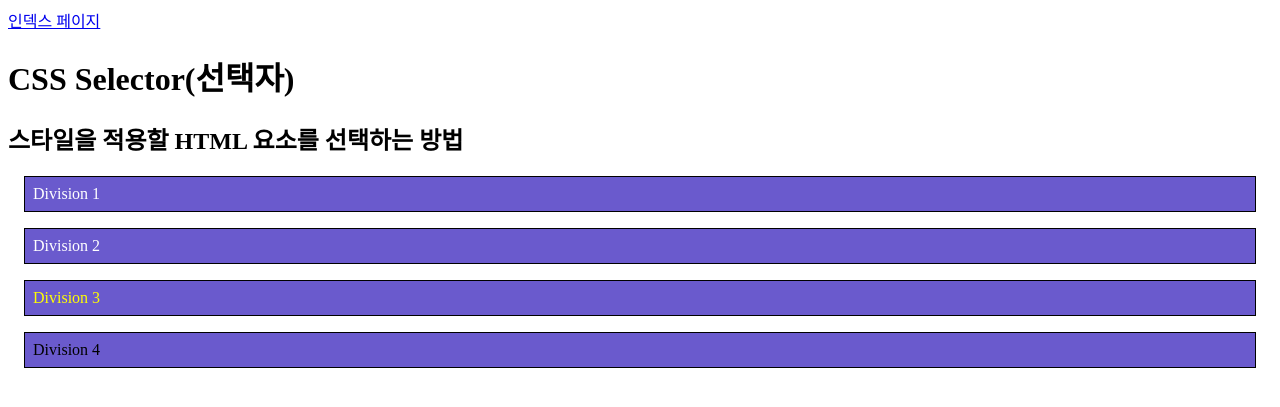
Repository: Sid0130/HTML
Page: lab-web/lab02_css/src/main/webapp/selector1.html
The author's editor kept a copy of each file at every save. The page is drawn from the files as they stood at one save, then again after the next save.
The browser window is 1280 px wide. The pictures show the whole page.

Above is the page before, as saved 2024-12-04 08:18:45.

### lab-web/lab02_css/src/main/webapp/selector1.html
<!DOCTYPE html>
<html>
	<head>
		<meta charset="UTF-8">
		<title>Lab02 CSS</title>

        <style>
            /* 1. tag selector */
            div {
                border: 1px solid black;
                margin: 16px;
                padding: 8px;
                background-color: slateBlue; /* 바탕색 */
                color: black; /* 글자색 */
            }

            /* 2. class seletor */
            .color-white {
                color: white;
            }

            /* 3. id selector */
            #div3 {
                color: yellow; /*lightgray*/
            }

        </style>
	</head>
	<body>
		<nav> <!-- navigation division(페이지 이동 선택 메뉴 영역) -->
            <a href="index.html">인덱스 페이지</a>
        </nav>

        <main>
        <!-- **중요한 부분** -->
        <!--  마진이 겹치는 부분은 더 큰 여백으로 사용한다. -->
            <h1>CSS Selector(선택자)</h1>
            <h2>스타일을 적용할 HTML 요소를 선택하는 방법</h2>

            <div class = "color-white" >Division 1</div>
            <div class = "color-white" >Division 2</div>
            <div id="div3">Division 3</div>
            <div id="div4">Division 4</div>
        </main>
	</body>
</html>

<!--
CSS 문법: selector { property: value; ... }
selector: HTML 요소(element)를 찾는 방법.
1. 태그(tag) 이름: body, div, span, main, section, ...
2. 클래스(class) 속성 값: .class-name
   - HTML 태그 안에서 class 속성(attribute)에 설정한 값(이름).
   - 여러 개의 요소들을 한꺼번에 선택할때 주로 사용.
3. 아이디(id) 속성 값: #id-name
   - HTML 태그 안에서 id 속성에 설정한 값(이름).
   - HTML 파일 안에서 유일한 요소 1개를 선택할 때 주로 사용.
   - 같은 아이디가 여러 개 있는 경우에는, 같은 아이디의 모든 요소들을 선택함. (권장하지 않음)
4. *: 모든 HTML 요소.
5. pseudo selector(가상 선택자): 이벤트, ...
6. 자식 요소(child element)
-->

After the next save:
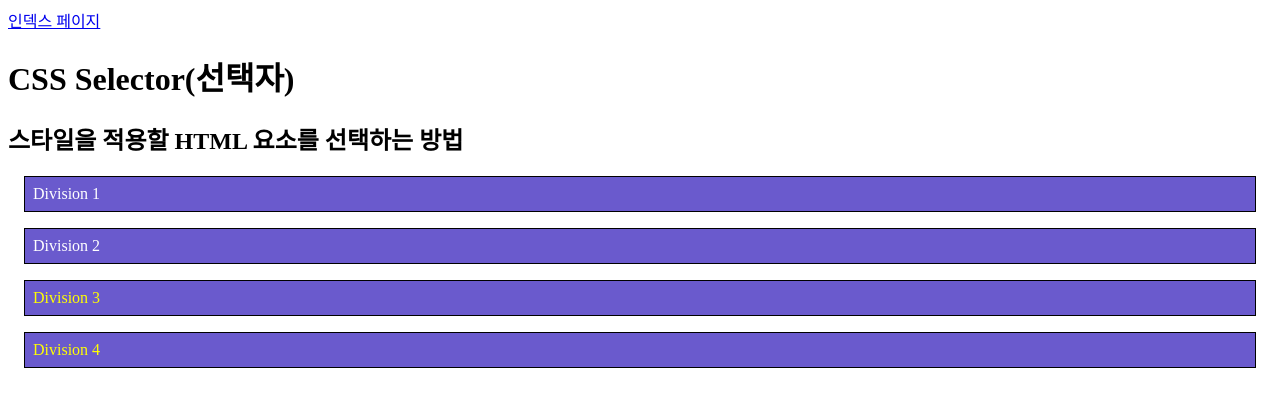
Saved 4 s later.
--- a/lab-web/lab02_css/src/main/webapp/selector1.html
+++ b/lab-web/lab02_css/src/main/webapp/selector1.html
@@ -40,7 +40,7 @@
             <div class = "color-white" >Division 1</div>
             <div class = "color-white" >Division 2</div>
             <div id="div3">Division 3</div>
-            <div id="div4">Division 4</div>
+            <div id="div3">Division 4</div>
         </main>
 	</body>
 </html>

After the save that followed:
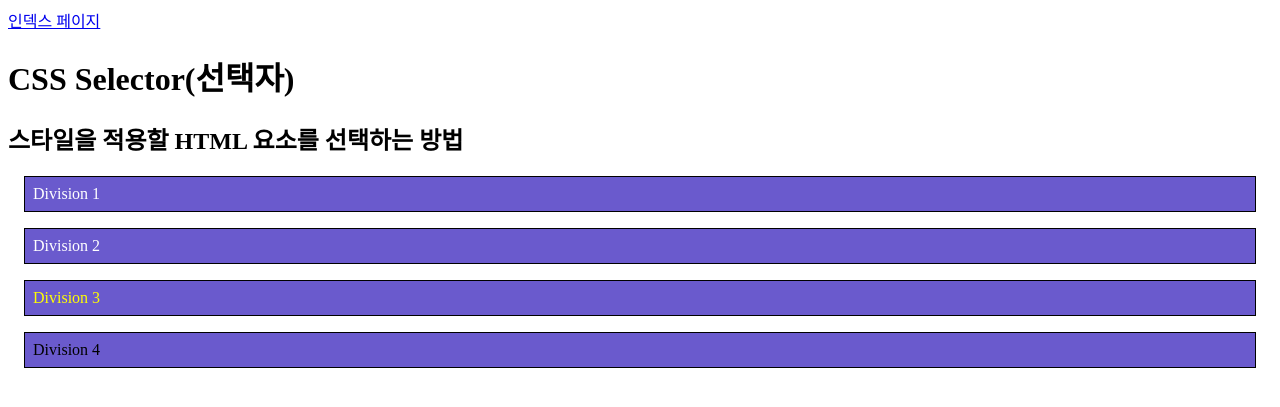
Saved 50 s later.
--- a/lab-web/lab02_css/src/main/webapp/selector1.html
+++ b/lab-web/lab02_css/src/main/webapp/selector1.html
@@ -40,7 +40,7 @@
             <div class = "color-white" >Division 1</div>
             <div class = "color-white" >Division 2</div>
             <div id="div3">Division 3</div>
-            <div id="div3">Division 4</div>
+            <div id="div4">Division 4</div>
         </main>
 	</body>
 </html>
